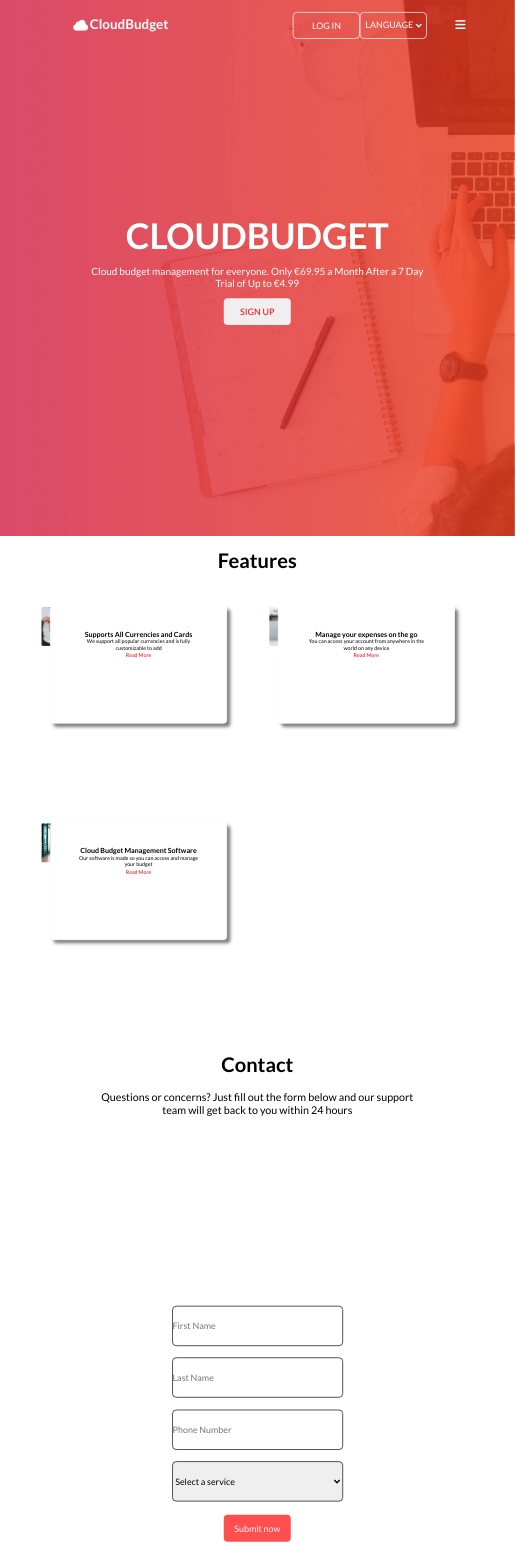
Repository: havvanurrana/website3
Page: index.html
The author's editor kept a copy of each file at every save. The page is drawn from the files as they stood at one save, then again after the next save.
The browser window is 768 px wide. The page is 791 px wide, so the pictures cover 791 px, including what lies to the right of the window. The pictures show the whole page, at 67% of full size.

Above is the page before, as saved 2024-08-05 20:54:01.

After the next save:
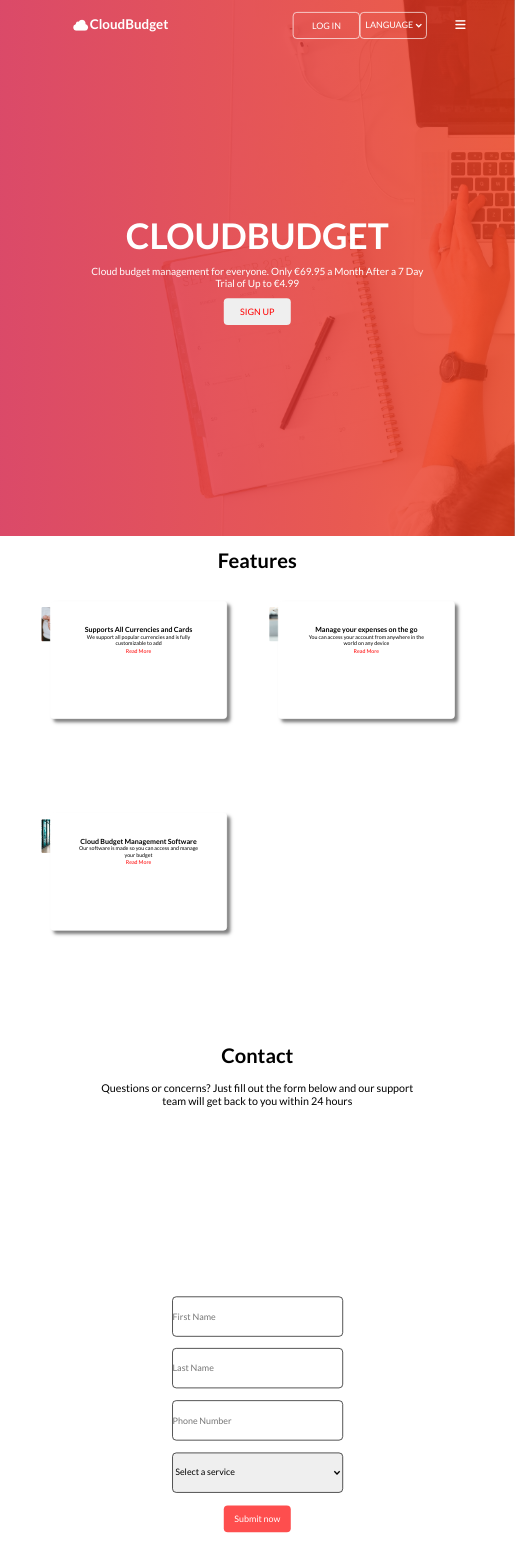
Saved 19 s later.
--- a/style.css
+++ b/style.css
@@ -331,7 +331,7 @@ input{
   }
 
   .features img {
-      width: 80px; /* Daha küçük cihazlar için daha küçük genişlik */
+      width: 8rem; /* Daha küçük cihazlar için daha küçük genişlik */
   }
 
   .featurescard h1 {
